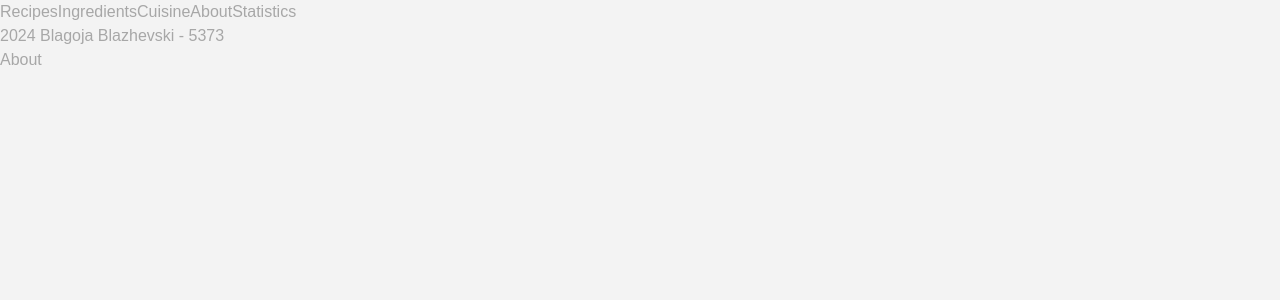
Repository: sweko/uacs-internet-programming-exams
Page: /Recipes (app in part-time/code/5373-blagoja-blazevski/final-exam-internet-programming/)
The author's editor kept a copy of each file at every save. The page is drawn from the files as they stood at one save, then again after the next save.
The browser window is 1280 px wide. The pictures show the whole page.
The page's requests for data from a server got no answer. The project was rebuilt for these pictures with package versions that can differ from the ones it lists, and the page was loaded fresh each time. The framework's server and built-in components were replaced by stand-ins that run in the browser. No one was signed in, and anything a server would have sent is missing. Also part of the build but not shown: part-time/code/5373-blagoja-blazevski/final-exam-internet-programming/next.config.mjs.

Above is the page before, as saved 2024-10-01 20:56:16.

### part-time/code/5373-blagoja-blazevski/final-exam-internet-programming/app/layout.tsx
import type { Metadata } from "next";
import localFont from "next/font/local";
import "./globals.css";
import Footer from "@/components/Footer";
import Header from "@/components/Header";

export const metadata: Metadata = {
  title: "Blagoja Blazhevski - 5373",
  description: "Solution for final exam",
};

export default function RootLayout({
  children,
}: Readonly<{
  children: React.ReactNode;
}>) {
  return (
    <html lang="en">
      <body>
        <div className="flex flex-col min-h-screen bg-background text-[#1c1c20]">
          <Header />
          {children}
          <Footer />
        </div>
      </body>
    </html>
  );
}

### part-time/code/5373-blagoja-blazevski/final-exam-internet-programming/app/Recipes/page.tsx
"use client";

import useFetchData from "@/utils/CallAxiosMethod";
import Image from "next/image";
import { usePathname, useRouter, useSearchParams } from "next/navigation";
import { useEffect } from "react";

export default function Recipes() {
  const router = useRouter();

  const objectName = usePathname().substring(1);
  console.log(objectName);

  const res = useFetchData({ objectName, method: "GET" });

  useEffect(() => {
    if (!res.isLoading) {
      if (res.status === 200) {
        console.log(res.data);
      }
    }
  }, [res.isLoading]);

  return (
    <main className="flex-1">
      <section className="w-full py-16 lg:py-14">
        <div className="flex flex-col items-center space-y-4 text-center">
          <div className="grid gap-4 md:grid-cols-5"></div>
        </div>
      </section>
    </main>
  );
}

### part-time/code/5373-blagoja-blazevski/final-exam-internet-programming/app/globals.css
@tailwind base;
@tailwind components;
@tailwind utilities;

:root {
  --background: #f3f3f3;
  --foreground: #a7a7a7;
}

body {
  color: var(--foreground);
  background: var(--background);
  font-family: Arial, Helvetica, sans-serif;
}

@layer utilities {
  .text-balance {
    text-wrap: balance;
  }
}

### part-time/code/5373-blagoja-blazevski/final-exam-internet-programming/components/Footer.tsx
import Link from "next/link";
import React from "react";

const Footer = () => {
  const student = {
    id: 5373,
    name: "Blagoja Blazhevski",
  };
  return (
    <footer className="flex flex-col gap-2 sm:flex-row py-6 w-full shrink-0 items-center px-4 md:px-6 border-t">
      <p className="text-xs text-muted-foreground">
        {new Date().getFullYear()} {student.name} - {student.id}
      </p>
      <nav className="sm:ml-auto flex gap-4 sm:gap-6">
        <Link className="text-xs hover:underline underline-offset-4" href="#">
          About
        </Link>
      </nav>
    </footer>
  );
};

export default Footer;

### part-time/code/5373-blagoja-blazevski/final-exam-internet-programming/components/Header.tsx
import Link from "next/link";
import React from "react";

const Header = () => {
  return (
    <header className="px-4 lg:px-6 h-14 flex items-center bg-[#ff5353] text-white">
      <nav className="ml-auto flex gap-4 sm:gap-6">
        <Link
          className="text-sm font-medium hover:underline underline-offset-4"
          href="/Recipes"
        >
          Recipes
        </Link>
        <Link
          className="text-sm font-medium hover:underline underline-offset-4"
          href="#"
        >
          Ingredients
        </Link>
        <Link
          className="text-sm font-medium hover:underline underline-offset-4"
          href="#"
        >
          Cuisine
        </Link>
        <Link
          className="text-sm font-medium hover:underline underline-offset-4"
          href="#"
        >
          About
        </Link>
        <Link
          className="text-sm font-medium hover:underline underline-offset-4"
          href="#"
        >
          Statistics
        </Link>
      </nav>
    </header>
  );
};

export default Header;

### part-time/code/5373-blagoja-blazevski/final-exam-internet-programming/utils/CallAxiosMethod.ts
import { useState, useEffect } from "react";
import axios, { AxiosError, AxiosResponse, Method } from "axios";
import { IData, IFetchOptions } from "./CommonInterfaces";

const useFetchData = ({ objectName, method, body }: IFetchOptions) => {
  const [isLoading, setIsLoading] = useState<boolean>(true);
  const [data, setData] = useState<IData[] | IData>([]);
  const [status, setStatus] = useState<number>(0);
  const [error, setError] = useState<string | null>(null);

  const url = `http://localhost:2999/${objectName}`;

  useEffect(() => {
    const fetchData = async () => {
      setIsLoading(true);
      try {
        let res: AxiosResponse;
        if (method === "GET" || method === "DELETE") {
          res = await axios({ url, method });
        } else if (method === "POST" || method === "PATCH") {
          res = await axios({ url, method, data: body });
        } else {
          throw new Error("Unsupported method");
        }
        setData(res.data);
        setStatus(res.status);
        setError(null);
      } catch (err: AxiosError | any) {
        setData([]);
        setStatus(err.response?.status || 500);
        setError(err.message);
      } finally {
        setIsLoading(false);
      }
    };

    fetchData();
  }, []);

  return { isLoading, data, status, error };
};

export default useFetchData;

### part-time/code/5373-blagoja-blazevski/final-exam-internet-programming/components/Card.tsx
import * as React from "react";

const Card = React.forwardRef<
  HTMLDivElement,
  React.HTMLAttributes<HTMLDivElement>
>(({ className, ...props }, ref) => (
  <div
    ref={ref}
    className={"rounded-xl border bg-card text-card-foreground shadow"}
    {...props}
  />
));
Card.displayName = "Card";

const CardHeader = React.forwardRef<
  HTMLDivElement,
  React.HTMLAttributes<HTMLDivElement>
>(({ className, ...props }, ref) => (
  <div ref={ref} className={"flex flex-col space-y-1.5 p-3"} {...props} />
));
CardHeader.displayName = "CardHeader";

const CardTitle = React.forwardRef<
  HTMLParagraphElement,
  React.HTMLAttributes<HTMLHeadingElement>
>(({ className, ...props }, ref) => (
  <h3
    ref={ref}
    className={"font-semibold leading-none tracking-tight"}
    {...props}
  />
));
CardTitle.displayName = "CardTitle";

const CardDescription = React.forwardRef<
  HTMLParagraphElement,
  React.HTMLAttributes<HTMLParagraphElement>
>(({ className, ...props }, ref) => (
  <p ref={ref} className={"text-sm text-muted-foreground"} {...props} />
));
CardDescription.displayName = "CardDescription";

const CardContent = React.forwardRef<
  HTMLDivElement,
  React.HTMLAttributes<HTMLDivElement>
>(({ className, ...props }, ref) => (
  <div ref={ref} className={"p-2 pt-0"} {...props} />
));
CardContent.displayName = "CardContent";

const CardFooter = React.forwardRef<
  HTMLDivElement,
  React.HTMLAttributes<HTMLDivElement>
>(({ className, ...props }, ref) => (
  <div ref={ref} className={"flex items-center p-6 pt-0"} {...props} />
));
CardFooter.displayName = "CardFooter";

export {
  Card,
  CardHeader,
  CardFooter,
  CardTitle,
  CardDescription,
  CardContent,
};

After the next save:
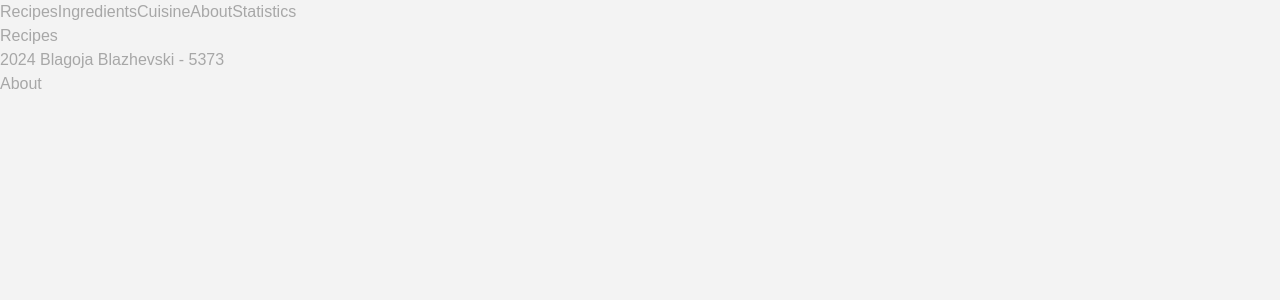
Saved 28 s later.
--- a/part-time/code/5373-blagoja-blazevski/final-exam-internet-programming/app/Recipes/page.tsx
+++ b/part-time/code/5373-blagoja-blazevski/final-exam-internet-programming/app/Recipes/page.tsx
@@ -1,5 +1,6 @@
 "use client";
 
+import { Card, CardHeader, CardTitle } from "@/components/Card";
 import useFetchData from "@/utils/CallAxiosMethod";
 import Image from "next/image";
 import { usePathname, useRouter, useSearchParams } from "next/navigation";
@@ -25,7 +26,13 @@ export default function Recipes() {
     <main className="flex-1">
       <section className="w-full py-16 lg:py-14">
         <div className="flex flex-col items-center space-y-4 text-center">
-          <div className="grid gap-4 md:grid-cols-5"></div>
+          <div className="grid gap-4 md:grid-cols-5">
+            <Card>
+              <CardHeader>
+                <CardTitle>Recipes</CardTitle>
+              </CardHeader>
+            </Card>
+          </div>
         </div>
       </section>
     </main>
